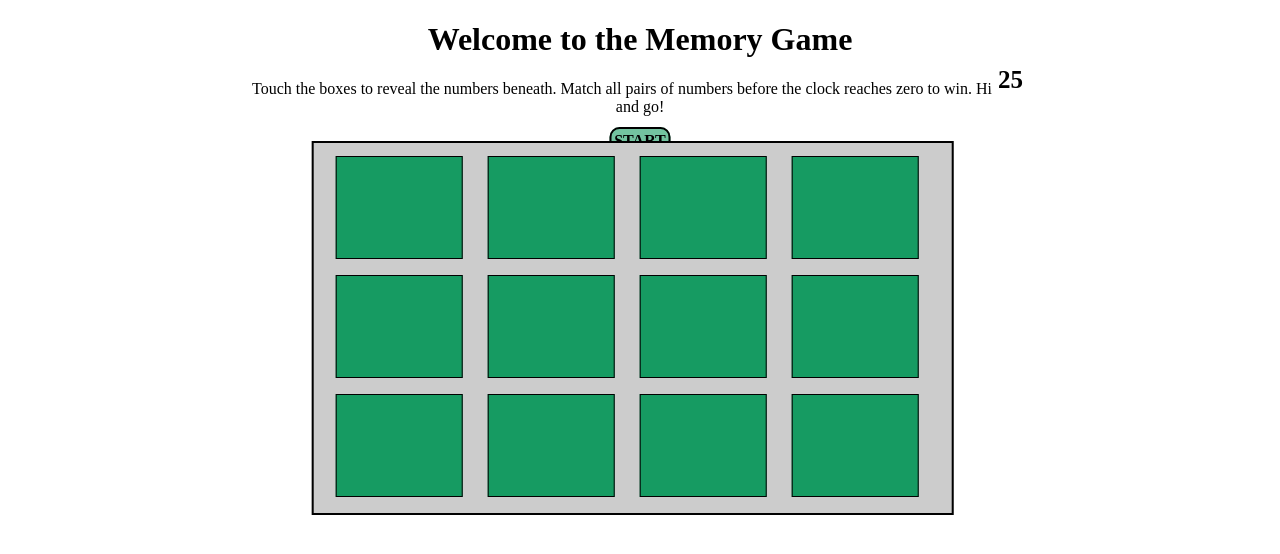
Repository: Code-Institute-Submissions/InteractiveMilestoneProject
Page: index.html
The author's editor kept a record of every edit. The page is drawn from the files as they stood at one moment, then again after the next edit.
The browser window is 1280 px wide. The pictures show the whole page.

Above is the page before.

### index.html
<!DOCTYPE html>
<html lang="en">

<head>
    <meta charset="utf-8">

    <meta name="viewport" content="width=device-width, height=device-height, user-scalable=no">
    <title>Js_Game_Temporizador</title>
    <link rel="stylesheet" href="css/style.css">

</head>

<body>
   <div id="cont">
        <h1>Welcome to the Memory Game</h1>
        <p>Touch the boxes to reveal the numbers beneath. Match all pairs of numbers before the clock reaches zero to win. Hit start and go!</p>
        <span id="start">START</span>
         <div id="borde"></div>
        <div id="table_memoria"></div>
        <div id="cronometro"><span>25</span></div>
    </div>

     <script type="text/javascript" src="https://code.jquery.com/jquery-git.min.js"></script>
     <script src="js/script.js"></script>


</body>

</html>

### css/style.css
 #cont {
     text-align: center;
     position: relative;
     width: 90%;
     transform: translateX(45%);
     left: -35%;
     height: 650px;

 }

  #borde {
     position: absolute;
     width: 80%;
     height: 50%;
     padding: 5px;
     transform: translateX(10%);
     top: 170px;
     z-index: 5;


 }

 #table_memoria {
     background: #ccc;
     border: black 2px solid;
     width: 80%;
     height: 50%;
     padding: 5px;
     margin: 0px auto;
     position: absolute;
     transform: translateX(10%);
     top: 170px;
 }

 #table_memoria > div {
     background: #169B62;
     border: #000 1px solid;
     width: 26%;
     height: 20%;
     float: left;
     margin-top: 7px;
     margin-bottom: 7px;
     margin-left: 14px;
     margin-right: 0px;
     font-size: 35px;
     cursor: pointer;
     text-align: center;

 }
  #cronometro {
     position: absolute;
     display: inline-block;
     top: 100px;
     right: 2px;
     width: 40px;
     height: 40px;
     font-size: 25px;
     font-weight: bold;
     background: #FFF;
     border-radius: 50px;
     padding-top: 5px;

 }

 .green {
     color: green;
     border: 5px solid green;
 }

 .yellow {
     color: orange;
     border: 5px solid orange;
 }

 .red {
     color: red;
     border: 5px solid red;
 }

 #start {
     width: 80px;
     cursor: pointer;
     font-weight: bold;
     padding: 3px;
     border: 2px solid black;
     border-radius: 10px;
     background: rgb(22, 155, 98, 0.6);
 }

 /* ____________  PRIMERA MEDIA SCREEN ___________*/

 @media (min-width: 768px) {

         #borde {
         height: 55%;
         top: 120px;
     }

     #table_memoria {
         height: 55%;
         top: 120px;
     }

     #table_memoria > div {
         width: 21%;
         height: 27%;
         margin-left: 17px;
     }
      #cronometro {

         top: 40px;


     }

 }

 /* ___________  SEGUNDA MEDIA SCREEN _____________*/

 @media (min-width: 992px) {
     #cont {
         transform: translateX(-50%);
         left: 50%;
         width: 70%;
         height: 600px;
         max-width: 785px;
     }

          #borde {
         height: 60%;
         top: 120px;
         max-width: 630px;
         max-height: 400px;

     }
     #table_memoria {
         height: 60%;
         top: 120px;
         max-width: 630px;
         max-height: 400px;
     }

     #table_memoria > div {
         background: #169B62;
         border: #000 1px solid;
         width: 20%;
         height: 28%;
         float: left;
         margin: 8px;
         margin-left: 16.5px;
         font-size: 64px;
         cursor: pointer;
         text-align: center;
     }
 }

### js/script.js

        var arrayMemoria = ["1", "1", "2", "2", "3", "3", "4", "4", "5", "5", "6", "6"];

        var valor_memoria = [];
        var memoria_carta_ids = [];
        var virada_carta = 0;

        // Funcion tiempo en segundos

        var seg = 25;
        var timer

        function restar() {
            timer = setInterval(function() {
                seg = seg - 1;
                //
                if (seg >= 0) {
                    $("#cronometro").html(seg);
                } else {
                    alert("PERDISTE ........ JUGAR DE NUEVO");
                    clearInterval(timer);
                    virada_carta = 0;
                    nuevaTabla();
                    $("#borde").show();
                    $("#cronometro").html("25");
                    $("#cronometro").removeClass("red");
                    $("#cronometro").addClass("green");
                    seg = 25;
                }
                if (seg >= 6 && seg <= 15) {
                    $("#cronometro").removeClass("green");
                    $("#cronometro").addClass("yellow");
                } else if (seg >= 0 && seg <= 5) {
                    $("#cronometro").removeClass("yellow");
                    $("#cronometro").addClass("red");
                }

            }, 1000);

        }


        $('#start').on("click", function() {
            if (seg === 25) {
                $("#cronometro").addClass("green");
                $("#borde").hide();
                restar();
            }
        });

        // Metodo Fisher-Yates para mezclar un array
        Array.prototype.memoriaCartaEmbarajar = function() {
            var i = this.length;
            var indiceAleatorio;
            var valorTemporal;
            while (--i > 0) {
                indiceAleatorio = Math.floor(Math.random() * (i + 1));
                valorTemporal = this[indiceAleatorio];
                this[indiceAleatorio] = this[i];
                this[i] = valorTemporal;
            };
        };
        // Funcion para crear un nuevo tablero
        function nuevaTabla() {
            var output = "";
            arrayMemoria.memoriaCartaEmbarajar();

            for (var i = 0; i < arrayMemoria.length; i++) {
                output += '<div id="carta_' + i + '" onclick="virarCartaMemoria(this,\'' + arrayMemoria[i] + '\')"></div>';
            }
            document.getElementById('table_memoria').innerHTML = output;
            //            $("#borde").show();
            //            document.getElementById('borde').show();

            valor_memoria = [];
            memoria_carta_ids = [];
            var virada_carta = 0;
            // probando una cosa
        }

        // Funcion del Juego
        function virarCartaMemoria(carta, valor) {

            if (carta.innerHTML == "" && valor_memoria.length < 2) {
                carta.style.background = '#fff';
                carta.innerHTML = valor;
                // Codigo a ejecutar al dar vuelta la primera carta
                if (valor_memoria.length === 0) {
                    valor_memoria.push(valor);
                    memoria_carta_ids.push(carta.id);
                    // Codiga a ejecuatra al dar vueta la seganda carta
                } else if (valor_memoria.length === 1) {
                    valor_memoria.push(valor);
                    memoria_carta_ids.push(carta.id);
                    if (valor_memoria[0] === valor_memoria[1]) {
                        virada_carta += 2;
                        // despejando los dos Arrays
                        valor_memoria = [];
                        memoria_carta_ids = [];
                        // chekea si la mesa entera esta despejada
                        if (virada_carta === arrayMemoria.length) {
                            // XXXXXXXX      AQUI TENGO QUE PARAR EL RELOJ     XXXXXXXX

                            setTimeout(function() {
                                alert("GANASTE !!!  ... Creando un nuevo tablero");
                                clearInterval(timer);
                                document.getElementById('table_memoria').innerHTML = "";
                                seg = 25;
                                $("#borde").show();
                                $("#cronometro").html("25");
                                $("#cronometro").removeClass("yellow");
                                $("#cronometro").removeClass("red");
                                $("#cronometro").addClass("green");
                                valor_memoria = [];
                                memoria_carta_ids = [];
                                virada_carta = 0;
                                nuevaTabla();

                            }, 100);



                        }
                    } else {
                        function virarAtras() {
                            // las dos cartas se van a virar
                            var carta_1 = document.getElementById(memoria_carta_ids[0]);
                            var carta_2 = document.getElementById(memoria_carta_ids[1]);
                            carta_1.style.background = '#169B62';
                            carta_1.innerHTML = "";
                            carta_2.style.background = '#169B62';
                            carta_2.innerHTML = "";
                            // despejando los dos Arrays
                            valor_memoria = [];
                            memoria_carta_ids = [];
                        }
                        setTimeout(virarAtras, 700);
                    }
                }
            }
        }

nuevaTabla();

After the next edit:
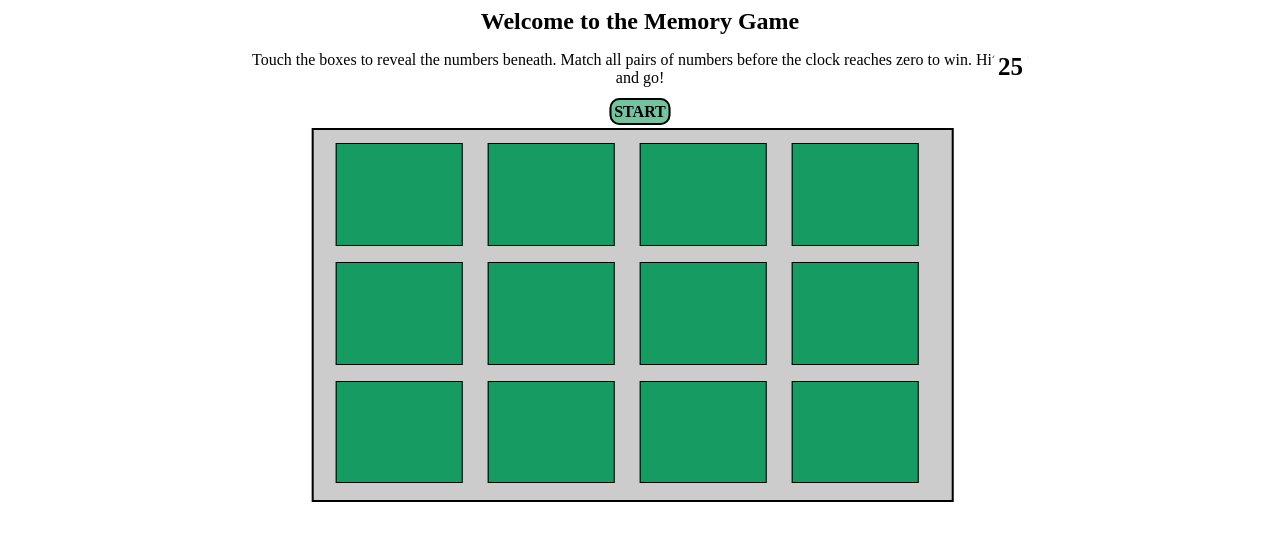
The edit:
--- a/css/style.css
+++ b/css/style.css
@@ -5,8 +5,11 @@
      transform: translateX(45%);
      left: -35%;
      height: 650px;
-
  }
+ h1{
+  margin-top: 0px;
+  font-size: 1.5em;
+  }
 
   #borde {
      position: absolute;
